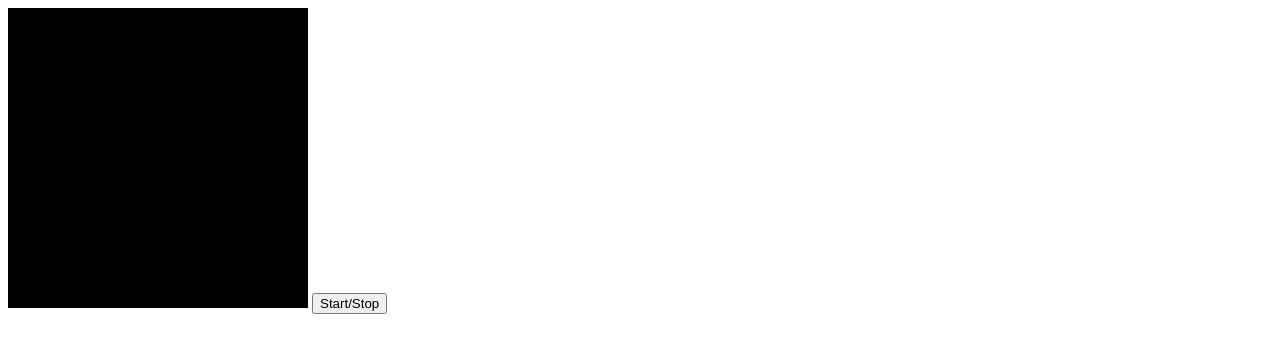
Repository: shadowroot/workspace
Page: http://localhost/test.php
An editor plug-in stored every save of this project. The page is shown before and after the next save, followed by the edit.
The browser window is 1280 px wide. The pictures show the whole page.
The page is run by PHP 8.4 with error messages shown; the project is at /var/www/html/.

Above is the page before, as saved 2012-02-08 21:00:51.

### javascript_achtung_die_kurve/test.php
<canvas id="gamespace" width="300" height="300"
	style="background: #000000;"></canvas>
<?php

?>
<script type="text/javascript">
function game(){
	var game = this;
	game.hero = null;


	game.canvas = document.getElementById("gamespace");
	game.ctx = game.canvas.getContext("2d");
	/*
	ctx.beginPath();
	ctx.moveTo(100,100);
	ctx.lineTo(101,101);
	ctx.lineTo(102,102);
	ctx.lineWidth = 10;
	ctx.strokeStyle = "black";
	ctx.stroke();
	ctx.fillStyle="#000000";
	ctx.fillRect(0,0,300,300);
	var data = ctx.getImageData(0,0,300,300);
	var i=0;

	for (i=0;i<=5;i++){
		//90% alfa
		if((data.data[i] | 0x00) != 0x00){
			document.write("collision");
		}

	}
	*/
	game.loop = function(){
		//console.log("Not Running");
		if(game.status){
			//console.log("Running");
			for(var i=0;i<=game.hero.length-1;i++){
				game.change_vector(i);
				game.draw(i);

			}
		}
	};
	game.init = function(){
		game.hero = new Array();
		console.log("init");
		game.status = false;
		/*18*/

		game.butt = document.createElement("input");
		game.butt.type = "button";
		game.butt.id="pause";
		game.butt.value="Start/Stop";
		game.butt.onclick = function(){
			if(!game.status){
				game.status = true;

			}
			else{
				game.status = false;
			}

		};
			game.hero.push({
				/*
					Start coordinates
				*/
			name:"Jonny",
			running:true,
			x:50,
			y:50,
			//[x,y] vector
			direction:new Array(0,0),
			angle:0,
			color:"#ffffff"
			});


		document.getElementsByTagName("body")[0].appendChild(game.butt);
		window.document.onkeydown = function(e){
			console.log(e.keyCode);
			switch(e.keyCode){
				case 81/*q*/:

					game.hero[0].angle++;
					break;
				case 87/*w*/:
					game.hero[0].angle--;
					break;
				case 70/*f*/:
					game.hero[1].angle++;
					break;
				case 71/*g*/:
					game.hero[1].angle++;
					break;
				default:
					break;
			}

		};
	};
	game.draw = function(i){
		if(game.hero[i].running){
			var x = game.hero[i].x+game.hero[i].direction[0];
			var y = game.hero[i].y+game.hero[i].direction[1];
			game.ctx.moveTo(game.hero[i].x,game.hero[i].y);
			if((game.ctx.getImageData(x+2,y+2,1,1).data[0] == 0)/* &&
			(game.ctx.getImageData(x,y,1,1).data[1] == 0) && (game.ctx.getImageData(x,y,1,1).data[2] == 0) &&
			(game.ctx.getImageData(x,y,1,1)[3] == 0) && (x<game.canvas.width) && (x>0) && (y<game.canvas.height) && (y>0)*/){
						game.ctx.lineTo(x,y);

						game.ctx.strokeStyle=game.hero[i].color;
						game.ctx.stroke();

						game.hero[i].x = x;
						game.hero[i].y = y;
			}
			else{
				game.hero[i].running = false;
				console.log(game.hero[i].name+ " ended.");
				var div = document.createElement("div");
				div.innerHTML = game.hero[i].name+ " ended.";
				document.body.appendChild(div);
			}

		}////next point color check && frame limits

	};
	game.change_vector = function(i){
		if(game.hero[i].running){
			var x = Math.cos(game.hero[i].angle/10);
			var y = Math.sin(game.hero[i].angle/10);

			game.hero[i].direction = [x,y];

		}
	};

}
/*
 * Constructor
 */
var curve = new game();
curve.init();
setInterval("curve.loop()","20");

/*
 * Controllers

 sin 5° =  0,0872
 */

</script>

After the next save:
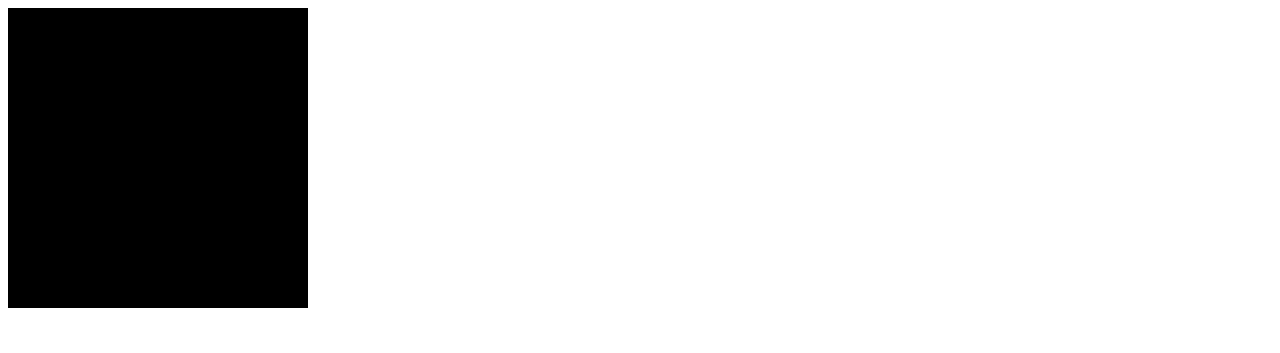
Console error: SyntaxError: Unexpected token ')'
Saved 3 min 35 s later.
--- a/javascript_achtung_die_kurve/test.php
+++ b/javascript_achtung_die_kurve/test.php
@@ -130,8 +130,8 @@
 	};
 	game.change_vector = function(i){
 		if(game.hero[i].running){
-			var x = Math.cos(game.hero[i].angle/10);
-			var y = Math.sin(game.hero[i].angle/10);
+			var x = Math.cos(game.hero[i].angle/20);
+			var y = Math.sin(game.hero[i].angle/);
 
 			game.hero[i].direction = [x,y];
 

After the save that followed:
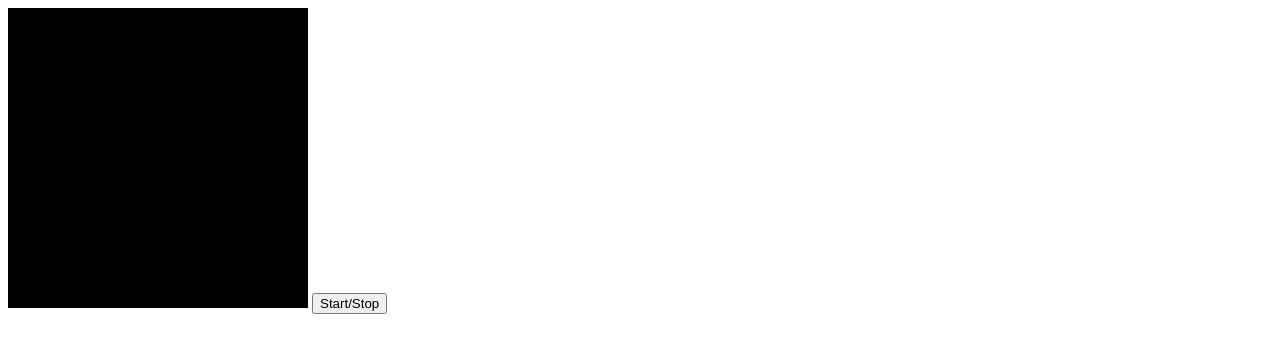
The error is gone.
Saved 10 s later.
--- a/javascript_achtung_die_kurve/test.php
+++ b/javascript_achtung_die_kurve/test.php
@@ -131,7 +131,7 @@
 	game.change_vector = function(i){
 		if(game.hero[i].running){
 			var x = Math.cos(game.hero[i].angle/20);
-			var y = Math.sin(game.hero[i].angle/);
+			var y = Math.sin(game.hero[i].angle/20);
 
 			game.hero[i].direction = [x,y];
 
